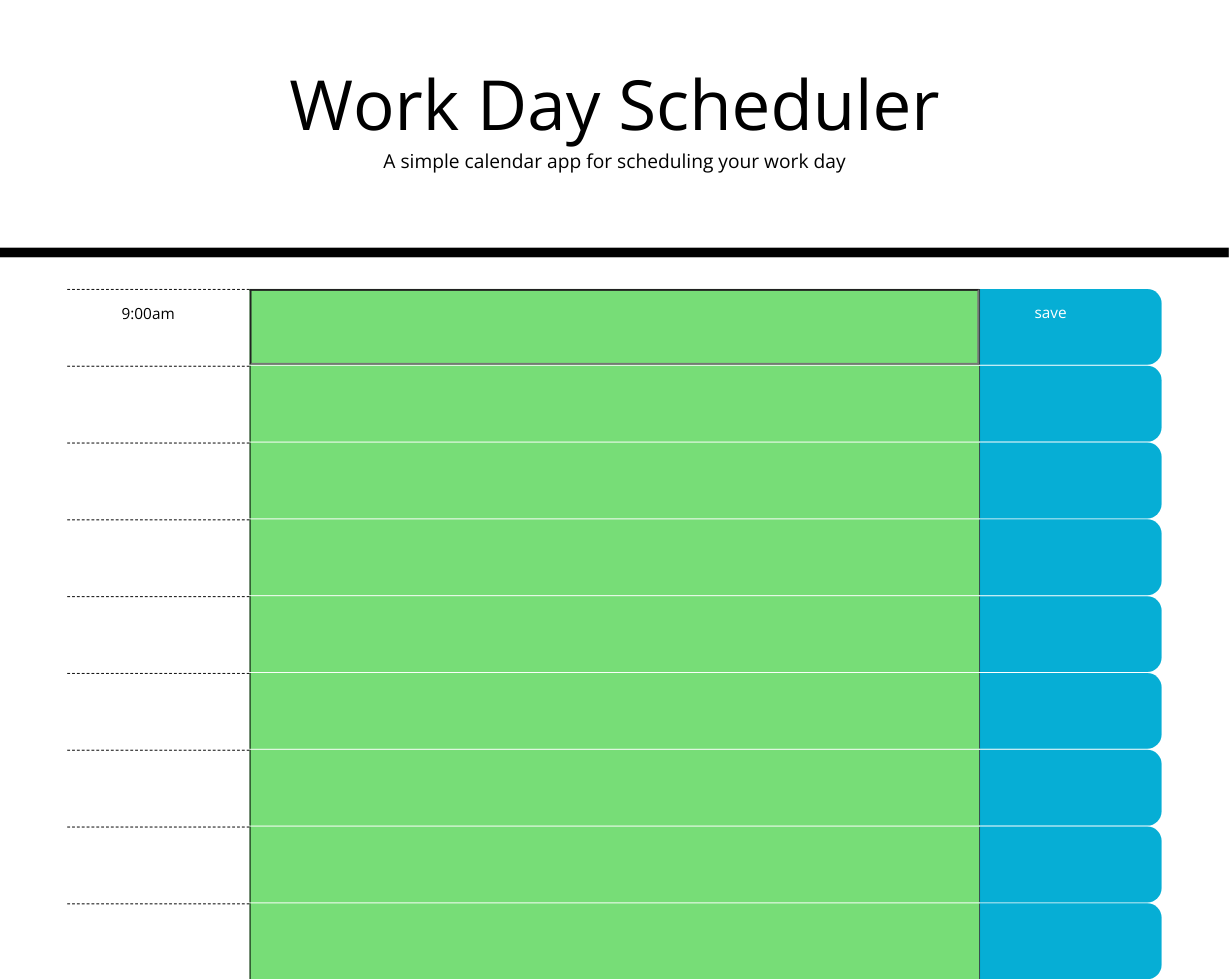
Repository: s88leigh/Day-Planner
Page: Develop/index.html
These files come from the project's save history. The page is drawn as it stood at one moment and after a run of saves; the edit follows.
The browser window is 1280 px wide. The pictures show the whole page, at 96% of full size.
Some web libraries are served in a nearby version.

Above is the page before, as saved 2019-10-25 16:38:35.
Console error: ReferenceError: textAreaEl is not defined

After the next 2 saves:
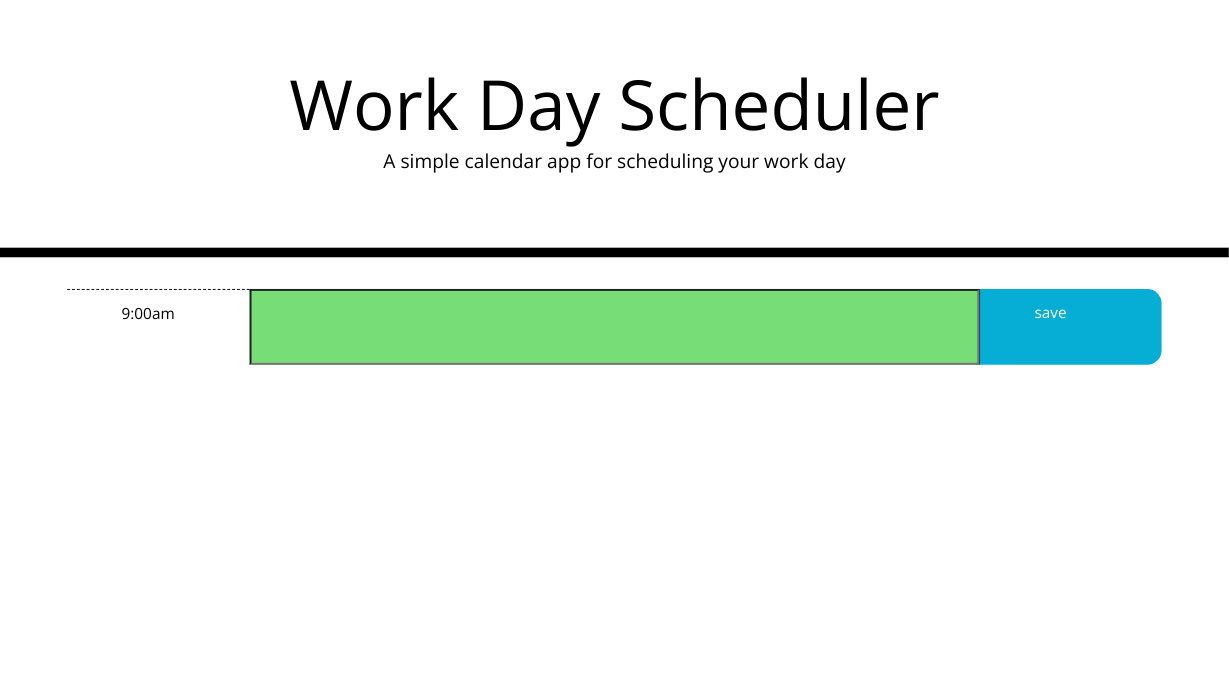
Console error: SyntaxError: Unexpected token '}'
The 2 saves are shown as one change because they came seconds apart.
The last was saved 10 s later.
--- a/Develop/script.js
+++ b/Develop/script.js
@@ -27,7 +27,7 @@
 
 
 textAreaEl.addEventListener("keydown", function(event) {
-
+    var key = event.key.
 })
 
 

After the save that followed:
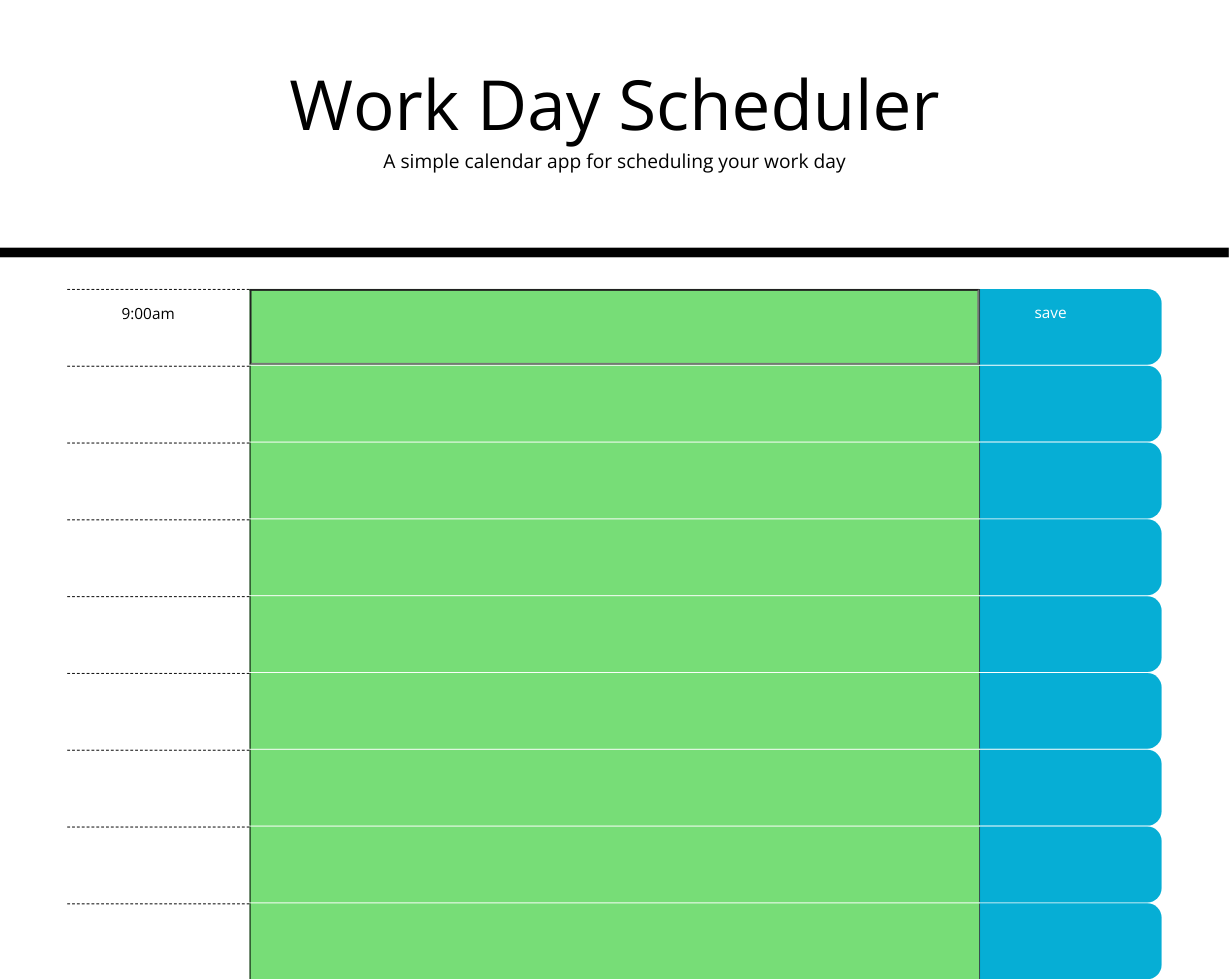
Console error: ReferenceError: textAreaEl is not defined
Saved 66 s later.
--- a/Develop/script.js
+++ b/Develop/script.js
@@ -27,7 +27,7 @@
 
 
 textAreaEl.addEventListener("keydown", function(event) {
-    var key = event.key.
+
 })
 
 
